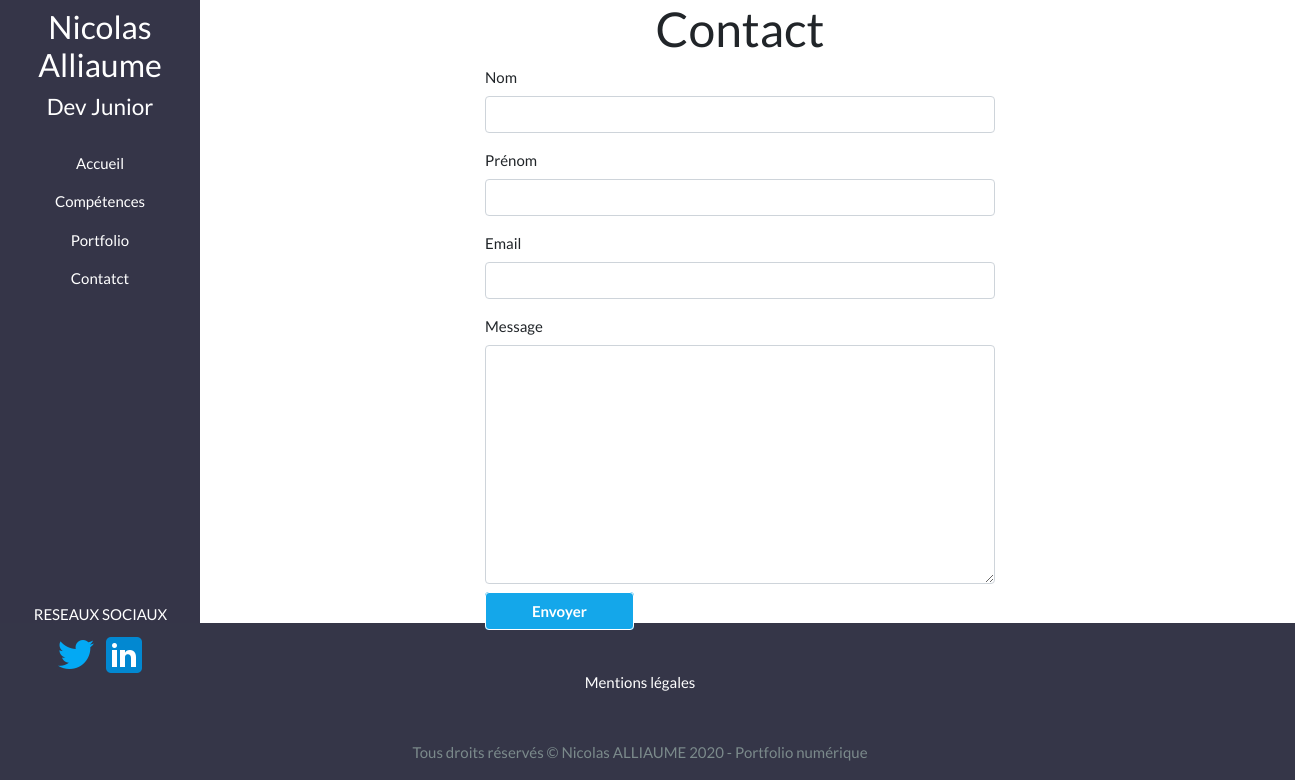
Repository: Nicolas-al/alliaumen
Page: templates/main/index.html.twig
These files come from the project's save history. The page is drawn as it stood at one moment and after the next save; the edit follows.
The browser window is 1280 px wide. The page is 1295 px wide, so the pictures cover 1295 px, including what lies to the right of the window. The pictures show the whole page.
After loading, the first visible `#form_button` was clicked once.
Some web fonts or font styles are not loaded; a fallback is used. Some web libraries are served in a nearby version. The page is a Twig template of a Symfony application; nobody is signed in and links lead nowhere. Other server files are loaded and not shown. The template is opened directly, without the code that normally fills it, so the values that code supplies are empty.

Above is the page before, as saved 2020-10-10 19:56:23.
Console error: TypeError: e.indexOf is not a function

### templates/main/index.html.twig
{% extends 'base.html.twig' %}


{% block body %}
    <div class="wrapper">
        <nav id="sidebar">
        {% include 'main/aside.html.twig' %}
        </nav>
        <div id="all-content">
            <div id="visible-content">
                <div class="col-lg-12 mt-5" id="header">
                        <div class="row">
                            <div class="col-lg-3 col-sm-3 offset-md-1" id="block_photo">
                                <img src="{{ asset('images/29273464-photo-de-profil-avatar.jpg') }}" alt="image de profil" style="width : inherit">
                            </div>
                            <div class="col-lg-8 col-sm-8" id="block_profil">
                                <div class="text-center d-flex" id="profil">
                                    <div class="block-down">
                                        <i class="fas fa-angle-double-down double-down"></i>
                                    </div>
                                    <div class="from-center">Mon profil</div>
                                </div>
                                <ul class="list-group list-group-flush" id="profil_panel">
                                    <li class="list-group-item">Diplôme : Master Sociologie Rennes 2</li>
                                    <li class="list-group-item list-group-item-secondary">Age : 29</li>
                                    <li class="list-group-item">Formation Web : Openclassroom</li>
                                    <li class="list-group-item list-group-item-secondary">Intitulé : Developpeur Web Junior</li>
                                    <li class="list-group-item">Parcours : Virage à 180, non pas par dégoût bien au contraire, j'ai acquis des connaisances importantes. J'ai découvert ce domaine et voyez la suite de ce site par vous même. </li>
                                </ul>
                            </div>
                        </div>
                </div>
                <div id="block_competences">
                        <div class="block_title">
                            <div class="title_elmt">
                                <div class="minus_block">
                                    <i class="fas fa-minus minus_one"></i>
                                    <i class="fas fa-minus minus_two"></i>
                                    <i class="fas fa-minus minus_three"></i>
                                </div>
                                <div class="title">
                                    <img src="{{ asset('images/icons/icon-skills.png') }}" alt="icon d'une tête d'humain" class="" />
                                    <h4>Compétences</h4>
                                </div>
                            </div>
                        </div>

                        <div id="skills">
                            <div class="h-50" id="front">
                                <div class="skills col-lg-12">
                                    <div class="row h-100">
                                        <div class="col-lg-12 d-flex mt-2 justify-content-center skills-title">
                                            <i class="fas fa-code"></i>
                                            <p class="align-title"><strong>Frontend</strong></p>
                                        </div>
                                        <div class="col-lg-12 mt-2" id="text_black">
                                            <div class="row text-center">
                                            {% for skill in skills %}
                                                {% if skill.type == "Frontend" %}
                                                    <div class="col-lg-4 col-sm-4 logo-skills">
                                                    {% if skill.logo %}
                                                        <img src="{{ vich_uploader_asset( skill, 'logoFile') | imagine_filter('small_thumb')}}" alt="">
                                                    {% endif %}
                                                        <p> {{ skill.name }} </p>
                                                    </div>
                                                {% endif %}
                                            {% endfor %}
                                            </div>
                                        </div>
                                    </div>
                                </div>
                            </div>
                            <div class="h-50" id="back">
                                <div class="skills col-lg-12">
                                    <div class="row h-100">
                                        <div class="col-lg-12 d-flex justify-content-center mt-2 skills-title">
                                            <i class="fas fa-database text-white"></i>
                                            <p class="align-title text-white"><strong>Backend</strong></p>
                                        </div>
                                        <div class="col-lg-12 mt-2 text-white" id="text_white">
                                            <div class="row text-center">
                                                {% for skill in skills %}
                                                    {% if skill.type == "Backend" %}
                                                        <div class="col-lg-4 col-sm-4 logo-skills" >
                                                        {% if skill.logo %}
                                                            <img src="{{ vich_uploader_asset( skill, 'logoFile') | imagine_filter('small_thumb')}}" alt="">
                                                        {% endif %}
                                                            <p> {{ skill.name }} </p>
                                                        </div>
                                                    {% endif %}
                                                {% endfor %}
                                            </div>
                                        </div>
                                    </div>
                                </div>
                            </div>
                        </div>
                </div>
                <div class="mt-5" id="block_portfolio">

                    <div class="col-lg-12 block_title mb-3">
                        <div class="title_elmt">
                            <div class="minus_block">
                                <i class="fas fa-minus minus_one"></i>
                                <i class="fas fa-minus minus_two"></i>
                                <i class="fas fa-minus minus_three"></i>
                            </div>
                            <div class="title">
                                <img src="{{ asset('images/icons/icon-portfolio.png') }}" alt="lampe qui éclair" class="" />
                                <h4>Portfolio</h4>
                            </div>
                        </div>
                    </div>
                    <div class="offset-lg-1 col-lg-10 offset-sm-1 col-sm-10" id="para_portfolio">
                        <p> Ici sont présentés les projets effectués par moi même. Constatez par vous même en vous rendant directement sur un projet. N'hésitez pas à selectionner une carte projet pour afficher son contenu sur le panneau. En bas du panneau sont détaillées les compétences utilisés</p>
                    </div>
                    <div class="d-flex m-auto block_slides">

                        {% for project in portfolio %}

                        <div class="panel_project">
                            <div class="description_project">
                                <div class="">
                                    <div class="col-lg-12">
                                        <h4>{{ project.title }}</h4>
                                    </div>
                                    <div class="col-lg-12">
                                        <p> {{ project.description }}</p>
                                    </div>
                                </div>
                            </div>
                            <div class="project">
                                <img src="{{ vich_uploader_asset(project, 'imageFile') | imagine_filter('slider_thumb')}}" alt="image projet">
                            </div>
                            <div class="skills_project">
                                <div class="row">
                                    <div class="col-lg-12">
                                        <p> <span>Compétences utilisées :</span> {{ project.skills }}</p>
                                    </div>
                                </div>
                            </div>
                            <div class="project_link">
                                    <a href="{{ path('portfolio', {'id' : project.id})  }}" class="text-white"> voir la page projet </a>
                            </div>
                        </div>

                        {% endfor %}
                    </div>

                    <div class="col-lg-12" id="block_project_card">
                        <div class="row" id="projects_cards">

                            {% for project in portfolio %}

                            <div class="project_card">
                                <div class="project_content">
                                    <h6> {{ project.title }} </h6>
                                    <img src="{{ vich_uploader_asset( project, 'imageFile') | imagine_filter('medium_thumb')}}" alt="">
                                    <p> {{ project.description }} </p>
                                    <p> {{ project.skills }} </p>
                                </div>
                            </div>

                            {% endfor %}

                        </div>
                    </div>
                </div>
                <div id="block_contact">
                    <div class="col-lg-12 block_title">
                        <div class="title_elmt">
                            <div class="minus_block">
                                <i class="fas fa-minus minus_one"></i>
                                <i class="fas fa-minus minus_two"></i>
                                <i class="fas fa-minus minus_three"></i>
                            </div>
                            <div class="title">
                                <img src="{{ asset('images/icons/icon-contact-de-messagerie.png') }}" alt="icon d'une tête d'humain" class="" />
                                <h4>Contact</h4>
                            </div>
                        </div>
                    </div>
                    <div class="col-lg-12 pl-5">

                        <address>
                            <p class="d-inline"> Email : </p>
                            <a href="mailto:alliaume.nicolas@gmail.com">alliaume.nicolas@gmail.com</a><br>
                        </address>
                    </div>
                    <p class="col-lg-12 pl-5">
                        Laissez moi un message si vous le souhaitez après avoir cliqué sur le bouton ci-dessous.
                    </p>
                    <div class="col-lg-12 pl-5">
                        <button class="button" id="form_button">
                            <a href="#contact_form" id="form_link" class="font-weight-bold text-white">
                            laisser un message</a>
                        </button>
                    </div>

                </div>


            </div>

            {% include 'contact/index.html.twig' %}

        </div>
    </div>
    <div>
       {% include 'main/footer.html.twig' %}
    </div>
{% endblock %}


{% block footer %}

{% endblock %}

### templates/main/footer.html.twig
  {% block footer %}
                <footer class="row">
                    <div class="col-lg-12 mb-5 mt-5 text-center">
                        <a href="{{ path("mentions") }}" class="text-white">Mentions légales</a>
                    </div>
                    <div class="col-lg-12 text-dark copyright">
                            <p class="text-center">Tous droits réservés © Nicolas ALLIAUME 2020 - Portfolio numérique</p>

                    </div>
                </footer>
{% endblock %}

### public/css/style.css
body{
    overflow-x: hidden;
    position: relative;
}

.wrapper {
    display: flex;
    width: 100%;
    align-items: stretch;
}

#sidebar{
    background : #353548;
    max-width: 200px;
    min-width: 200px;
}
#all-content{
    width: 100%;
}
#header{
    height: 400px;
}
#block_competences{
    height: 500px;
    margin-left: 0;
    margin-right: 0;
}
#block_portfolio{
    height: 1400px;
}
#block_contact{
    margin-top: 20px;
    height: 380px;
}
footer{
    background: #353648
}
.button{
    background: #14a7ea;
    border: 1px solid white;
    padding: 9px 46px;
    border-radius: 4px;
}
.button a{
    font-size: 1.2em;
}
.button a:hover{
    text-decoration: none;
}

/* sections block titre */

.block_title{
    height: 165px;
    background: #35334814;
    width: 100%;
}
.title_elmt{
    display: flex;
    flex-direction: column;
}
.minus_block{
    text-align: center;
    margin-top: 61px;
}
.minus_one{
    color: #11a7ea
}
.minus_two{
    color: #1d75d2;
}
.minus_three{
    color: #353648;
}
.title{
    display: flex;
    margin-left: -15px;
    margin-right: -15px;
}
.title h4{
    font-family: 'Philosopher', sans-serif;
    margin-right: auto;
    margin-top: auto;
    margin-bottom: auto;
}
.title img{
    height: 39px;
    margin-top: auto;
    margin-left: auto;
    margin-bottom: auto;
}

/*------------------------------------- ASIDE -------------------------------------*/

#aside h3{
    font-family: 'Oswald', sans-serif;
}
.sidebar-header{
    color: white;
    margin-top: 4%;
}
#sidebar ul{
    justify-content: center;
}
.block_nav{
    position: fixed;
    top: 27%;
    width: 15.7%
}

.block_nav ul{
    display: flex;
    flex-direction: column;
    margin: auto;
    justify-content: end;
}
.block_nav a{
    font-family: 'Catamaran', sans-serif;
    padding-left: 20px
}

.block_network{
    position: fixed;
    top: 84%;
    text-align: center;
    width: 15.7%;
}
h6{
    color: white;
}
/*----------------------------------- HEADER -----------------------------------*/

.header_p{
    font-family: 'Merienda', cursive;
    font-size: 1.3em;
    color: #212529e8;
    width: 93%;
    box-shadow: 0px 0px 7px;
    text-align: center;
}

#block_photo{
    max-width: 35%;
    margin: auto;
    padding-bottom: 40px;
}

/* Mon profil */

#block_profil{
    height: fit-content;
}

#profil{
    justify-content: center;
    align-items: center;
}
.block-down{
    margin-right: 5%;
}
.from-center{
    margin-left: 45px;
}
/* Animation double Flèches vers le bas */

@keyframes down{
	0% {transform: translateY(0%) ; opacity: 0.5}
	25% {transform: translateY(-30%); opacity: 0.2}
    75% {transform: translateY(30%); opacity: 1}
    100% {transform: translateY(0%); opacity: 0.5}
}
.double-down{
	animation: down 1.2s infinite;
	width: 3%;
}

/* ~~~~~~~ INIT. BTN ~~~~~~~ */

#profil{
    position: relative;
    padding: 1.4rem 4.2rem;
    padding-right: 3.1rem;
    font-size: 1.4rem;
    color: black;
    letter-spacing: 1.1rem;
    text-transform: uppercase;
    transition: all 500ms cubic-bezier(0.77, 0, 0.175, 1);
    cursor: pointer;
    user-select: none;
}

#profil:before, #profil:after {
    content: '';
    position: absolute;
    transition: inherit;
    z-index: -1;
    box-sizing: border-box;
}

#profil:hover {
    color: white;
    transition-delay: .5s;
}

#profil:hover:before {
    transition-delay: 0s;
}

#profil:hover:after {
    background: #353648;
    transition-delay: .35s;
}


#profil:before {
    top: 0;
    left: 50%;
    height: 100%;
    width: 0;
    border: 1px solid #353648;
    border-left: 0;
    border-right: 0;
}

#profil:after {
    bottom: 0;
    left: 0;
    height: 0;
    width: 100%;
    background: #353648;
}

#profil:hover:before {
    left: 0;
    width: 100%;
}

#profil:hover:after {
    top: 0;
    height: 100%;
}

#profil_panel{
    display: none;
}


/* ------------------------------------BLOCK COMPETENCES--------------------------------------*/
#skills{
    display: flex;
    width: 100%;
}
.skills{
    margin-bottom: -200px;
}
.skills-title{
    align-items: center;
}
.skills-title i{
    margin: inherit;
}
.logo-skills p{
    width: fit-content;
    margin: auto;
}
.logo-skills:hover{
   font-size: 20px;
   transition: 1s;
   font-weight: bold;
}
#skills img{
    width: 48px;
}
#skills img:hover{
    width: 65px;
    transition: 0.5s;
}
.align-title{
    margin: inherit;
    margin-left: 5px;
}

#front{
    width: 53%;
    border-bottom: 300px solid whitesmoke;
}
#back{
    width: 59%;
    border-bottom: 300px solid #353448;
    border-left: 43px solid #f5f5f5fc;
}

/* -------------------------------------------BLOCK PORTFOLIO----------------------------------------- */

#para_portfolio{
    height: 100px;
    padding: 0px 20px;
    text-align: center;
}

/* -------Slider------- */
.block_slides{
    height: 40%;
}
#block_portfolio h4{
    text-align: center;
    font-family: 'Philosopher', sans-serif;
}
.panel_project{
    width: 92%;
    margin: auto;
    display: none;
    box-shadow: 0px 0px 27px #353448;
    border-radius : 5px;
}


.description_project{
    border-bottom: 5px solid #f39c12c9;
    background: white;
    padding: 10px;
    border-top-left-radius: 5px;
    border-top-right-radius: 5px;
}
.description_project h4{
    font-weight: 700;
}
.description_project p{
    font-size: 1.1em;
}
.project img{
    width: 100%;
}
.project_link{
    border: 2px solid white;
    text-align: center;
    padding: 16px 15px;
    margin-top: -1%;
    background: #1e74d2;
}
.project_link:hover {
    background: #11a7ea;
}
.project_link a:hover{
    text-decoration: none;
}
.skills_project{
    border-top: 5px solid #f39c12c9;
}
.skills_project p{
    padding-right: 2%;
    padding-left: 2%;
    padding : 10px;
}
.skills_project span{
    font-weight: bold;
}
/* Cards projects */

#block_project_card{
    margin-top: 23%;
}
#projects_cards{
    text-align: center;
    justify-content: center;
    margin-left: 5%;
}
.project_card{
    color: white;
    margin-left: -10%;
    border: 1px solid;
    box-shadow: 0px 0px 3px;
    border-right: 2px solid;
    border-radius: 11px;
    max-width: 22%;
    background: #353348;
    cursor: pointer;
}
.project{
    opacity: 0.8;
}
.project h4{
    color: white;
}
.project p{
    color: white;
}
.project_content p{
    padding: 3% 9% 0% 9%;
    margin-bottom: 0;
    text-align: justify;
    font-size: 0.8em;
}
.project_content p:last-child{
    margin-bottom: 3%;
}
.project_content h4{
    padding: 3%;
}
.project_content img{
    width: 99%;
}
/*------------------------------------------- BLOCK CONTACT ---------------------------------------- */

#block_contact address a{
    font-weight: bold;
    color: #353648;
}

.modal_contact{
    display: none;
    background: white;
    width: inherit;
    z-index: 100;
    height: 100%;
}

#errors_form{
    color: red;
    font-size: 1em;
    display: none;
}

/*-------------------------- MENTIONS LEGALES ------------------------*/

#mentions_body a{
    color: #0087d1;
}

/*---------------------------- FOOTER ---------------------------------*/

.copyright{

}

/*================================================ RESPONSIVE ======================================================== */
/*================================================            ======================================================== */

@media screen and (min-width: 1250px){
    #block_project_card {
        margin-top: 29%;
    }
    #block_contact {
        margin-top: 12%;
    }
}

@media screen and (max-width: 991px){
    .wrapper{
        display: block;
    }
    #sidebar{
        min-width: 100%;
        max-width: 100%;
    }
    .block_nav{
        position: inherit;
        display: contents
    }
    .block_nav ul{
        display: flex;
        flex-direction: inherit;
        justify-content: center;
    }
    .block_network{
        position: absolute;
        top: 0%;
        left: 1%;
    }
    .block_network h6{
        display: none;
    }
    #mentions_body{
    margin-left: 2%;
    }

    #block_competences{
        height: auto;
    }

    #skills{
        height: fit-content;
        flex-direction: column;
        display: flex !important;
    }
    .skills{
        margin-bottom: 0;
    }
    #front{
        width: auto;
        border-bottom: none;
        background-color: #f5f5f5;
    }
    #text_black{
        padding: 20px 30px
    }
    #back{
        width: auto;
        border-bottom: none;
        border-left: none;
        background-color: #353448;
    }
    #text_white{
        padding: 20px 30px
    }
    .logo-skills{
        width: 20% !important;
    }
    #block_portfolio{
        height: auto;
    }
    #para_portfolio{
        margin-top: 5%;
        margin-bottom: 12%;
    }
    #block_project_card {
        margin-top: 20%;
    }
    .project_card {
        max-width: 26%;
        height: 259px;
    }
}

@media screen and (max-width: 702px){
    .projects_cards{
        margin-left: 5%;
    }
    .project_content p {
        font-size: 0.7em;
    }
    .project_card {
        max-width: 29%;
        height: 241px;
    }

}
    @media screen and (max-width: 500px){
    .project_card {
        max-width: 32%;
        height: 243px;
        }
    .block_slides{
        margin: 0% 0% 0% 2% !important;
    }
    .project_link{
        margin-left: 35%;
    }
    #block_project_card {
        margin-top: 30%;
        padding-left: 7%;
    }
    .block_network{
        top: 0%;
        left: 2%;
    }
    .block_network div{
        flex-direction: column;
    }
    .block_network img{
        height: 36px;
        width: 36px;
    }
    h6{
        display: none;
    }
    #contact_block{
        width: 80%;
    }
}

### public/css/project.css
/* ------------ Project Page -------------- */

h1{
    text-align: center;
    margin: 4%;
}
.project_page p{
    font-size: 1.1em;
    margin: 4% 0%;
    text-align: center;
}
.content{
    width: 100%;
}
figure{
    text-align: center;
}
figure img{
    box-shadow: 2px 2px 13px;
    width: 100%;
}
figure .btn{
    background: #353648;
    margin-top: 20px;
}
figure a{
    color: white;
}
figcaption{
    margin-top: 10px;
}
#comment_block{
    margin-bottom: 30px;
}
#comments{
    margin-bottom: 9%;
    margin-top: 4%;
}
#comments .comment{
    margin-bottom: 30px;
    border: 1px gainsboro;
    box-shadow: 1px 1px 5px;
}
#author_comment{
background-color: #353648;
color :white
}
#content_comment{
background-color: #ffffff;
padding: 9px 10px;
}

Loaded but not shown: public/js/accueil/contact.js (57 lines, source omitted); public/js/accueil/slider.js (51 lines, source omitted); public/js/accueil/profil.js (27 lines, source omitted); public/js/portfolio/deleteCom.js (19 lines, source omitted); public/js/portfolio/banIp.js (17 lines, source omitted); templates/base.html.twig (51 lines, source omitted); templates/contact/index.html.twig (36 lines, source omitted); templates/main/aside.html.twig (22 lines, source omitted)

After the next save:
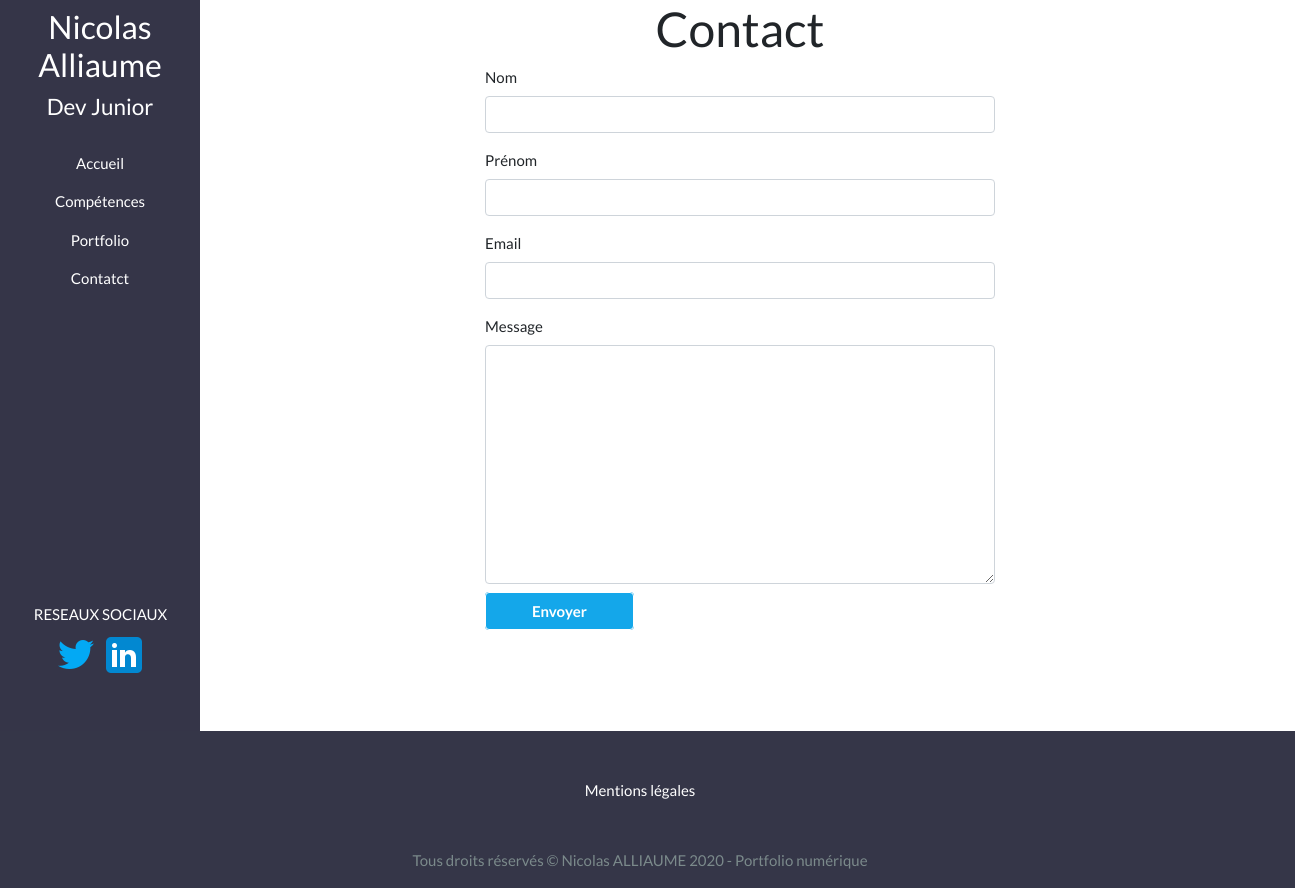
Saved 31 h 13 min later.
--- a/public/css/style.css
+++ b/public/css/style.css
@@ -413,6 +413,7 @@ h6{
     width: inherit;
     z-index: 100;
     height: 100%;
+    margin-bottom: 10%
 }
 
 #errors_form{
